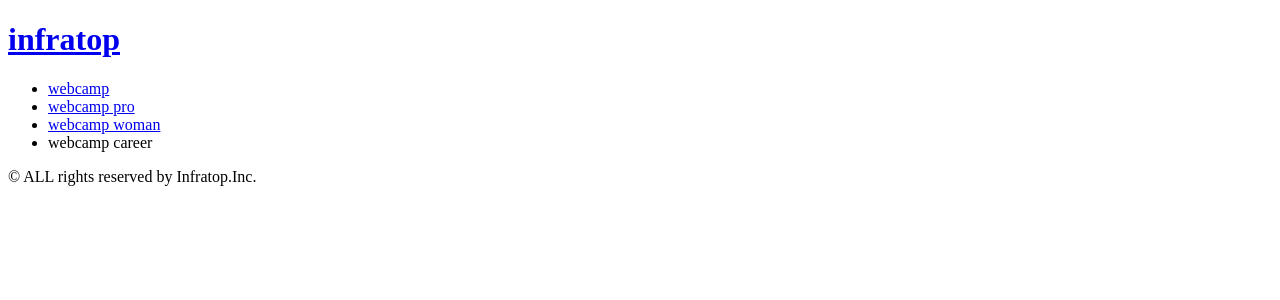
Repository: YuraTajima/DMM-all
Page: chapter5/chapter5.html
The author's editor kept a record of every edit. The page is drawn from the files as they stood at one moment, then again after the next edit.
The browser window is 1280 px wide. The pictures show the whole page.

Above is the page before.

### chapter5/chapter5.html
<!DOCTYPE html>
<html lang="ja">

  <head>

    <meta charset="utf-8" />

    <title>chapter5</title>

    <link rel="stylesheet" href="" type="chapter5.css" />


  </head>


  <body>

    <header>
      <h1>
        <a href="chapter5">infratop</a>
      </h1>
    </header>


    <nav>
      <ul class="nav-list">
        <li class="nav-list-item">
          <a href="chapter5">webcamp</a>
        </li>

        <li class="nav-list-item">
          <a href="chapter5">webcamp pro</a>
        </li>

        <li class="nav-list-item">
          <a href="chapter5">webcamp woman</a>
        </li>

        <li class="nav-list-item">webcamp career</li>

      </ul>
    </nav>


    <div class="main">

      <div class="box1"></div>
      <div class="box2"></div>
      <div class="box3"></div>
      <div class="box4"></div>
      <div class="box5"></div>
      <div class="box6"></div>
      <div class="box7"></div>
      <div class="box8"></div>
      <div class="box9"></div>
      <div class="box10"></div>
      <div class="box11"></div>
      <div class="box12"></div>
    </div>


    <footer>

      <p class="footer-text">© ALL rights reserved by Infratop.Inc.</p>

    </footer>

  </body>
</html>

After the next edit:
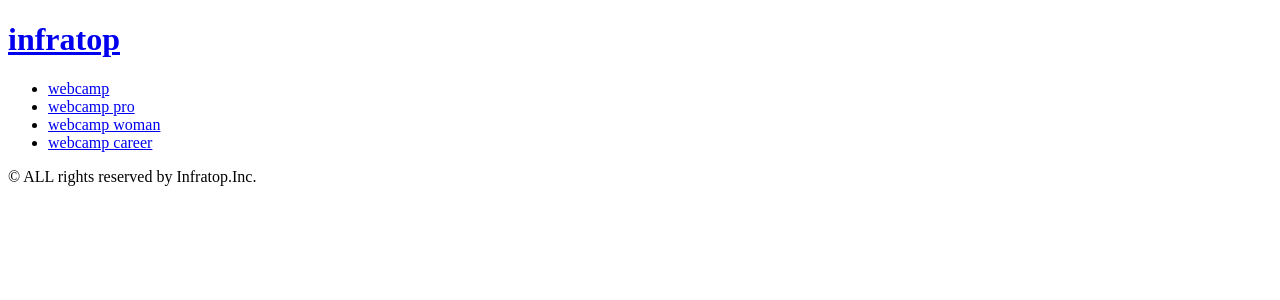
The edit:
--- a/chapter5/chapter5.html
+++ b/chapter5/chapter5.html
@@ -36,7 +36,9 @@
           <a href="chapter5">webcamp woman</a>
         </li>
 
-        <li class="nav-list-item">webcamp career</li>
+        <li class="nav-list-item">
+          <a href="chapter5">webcamp career</a>
+        </li>
 
       </ul>
     </nav>
